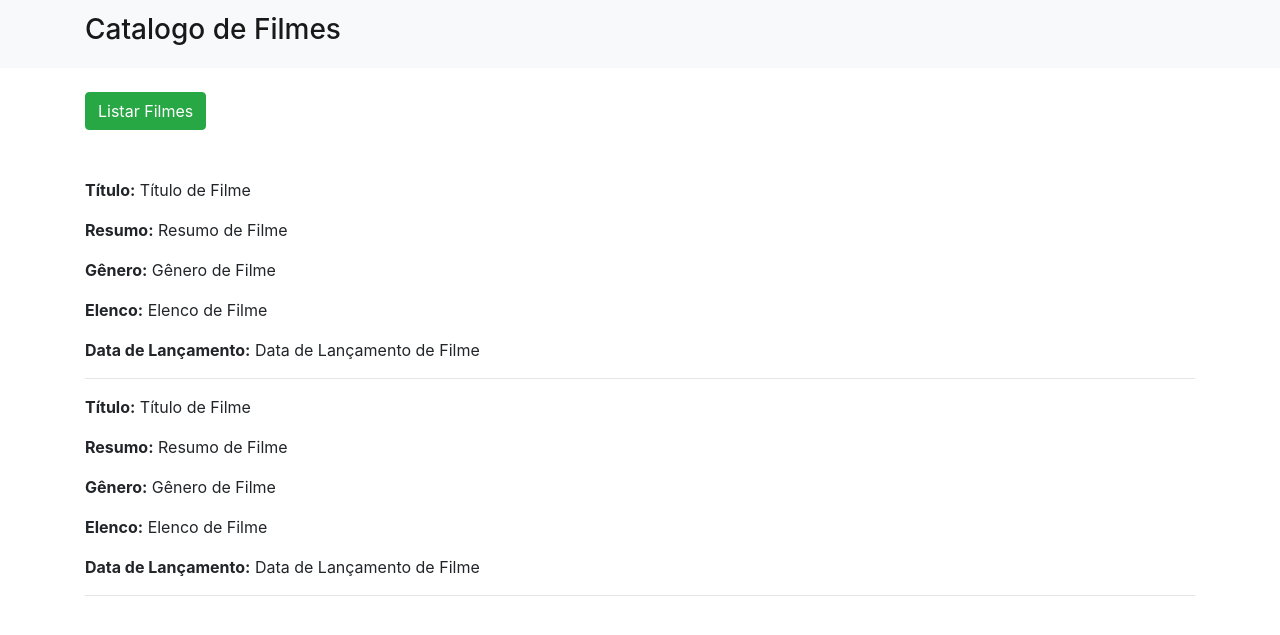
Repository: FredeRibeiro/htdocs-Desenvolvimento-Web-Completo-2019
Page: ajax/filmes.html
An editor plug-in stored every save of this project. The page is shown before and after the next save, followed by the edit.
The browser window is 1280 px wide. The pictures show the whole page.
After loading, the first visible `button.btn` was clicked once.

Above is the page before, as saved 2019-10-16 13:22:03.

### ajax/filmes.html
<!DOCTYPE html>
<html lang="en">
<head>
	<meta charset="UTF-8">
	<meta name="viewport" content="width=device-width, initial-scale=1.0">
	<meta http-equiv="X-UA-Compatible" content="ie=edge">

	<link rel="stylesheet" href="https://stackpath.bootstrapcdn.com/bootstrap/4.1.3/css/bootstrap.min.css"
		integrity="sha384-MCw98/SFnGE8fJT3GXwEOngsV7Zt27NXFoaoApmYm81iuXoPkFOJwJ8ERdknLPMO" crossorigin="anonymous">

		<script src="xmltojson.js"></script>

		<script>
			function getFilmes() {

				let xmlHttp = new XMLHttpRequest();

				xmlHttp.open('GET', 'http://localhost/ajax/filmes.xml');

				xmlHttp.onreadystatechange = () => {
					if (xmlHttp.readyState == 4 && xmlHttp.status == 200) {
						let XMLFilmes = xmlHttp.responseText

						let parser = new DOMParser();

						domFilmes = parser.parseFromString(XMLFilmes, 'text/xml');

						jsonFilmes = xmlToJson(domFilmes)

						for(let i in jsonFilmes['filmes']['filme']){
							console.log(jsonFilmes['filmes']['filme'][i
						]);

							let divRow = document.createElement('div')
							divRow.className = 'row'

							let divCol = document.createElement('div')
								divCol.className = 'col'

							let p1 = document.createElement('p')
								p1.innerHTML = '<strong> Título:</strong> Título de Filme';
							let p2 = document.createElement('p')
								p2.innerHTML = '<strong> Resumo:</strong> Resumo de Filme';
							let p3 = document.createElement('p')
								p3.innerHTML = '<strong> Gênero:</strong> Gênero de Filme';
							let p4 = document.createElement('p')
								p4.innerHTML = '<strong> Elenco:</strong> Elenco de Filme';
							let p5 = document.createElement('p')
								p5.innerHTML = '<strong> Data de Lançamento:</strong> Data de Lançamento de Filme';

							let hr = document.createElement('hr');

								divRow.appendChild(divCol);
								divCol.appendChild(p1);
								divCol.appendChild(p2);
								divCol.appendChild(p3);
								divCol.appendChild(p4);
								divCol.appendChild(p5);
								divCol.appendChild(hr);


							document.getElementById('lista').appendChild(divRow)

						}
					}

					if (xmlHttp.readyState == 4 && xmlHttp.status == 404) {
						//..
					}
				}

				xmlHttp.send();

			}
		</script>


	<title>Catalogo de Filmes</title>


</head>
<body>
	<nav class="navbar navbar-light bg-light mb-4">
		<div class="container">
			<div class="navbar-brand mb-0 h1">
				<h3>Catalogo de Filmes</h3>
			</div>
		</div>
	</nav>

	<div class="container" id="lista">
		<div class="row mb-5">
			<div class="col">
				<button class="btn btn-success" type="button" onclick="getFilmes()">Listar Filmes</button>
			</div>
		</div>
	</div>
</body>
</html>

### ajax/xmltojson.js
function xmlToJson(xml) {


    var obj = {}, i, j, attribute, item, nodeName, old;

    if (xml.nodeType === 1) { // element
        // do attributes
        if (xml.attributes.length > 0) {
            obj["@attributes"] = {};
            for (j = 0; j < xml.attributes.length; j = j + 1) {
                attribute = xml.attributes.item(j);
                obj["@attributes"][attribute.nodeName] = attribute.nodeValue;
            }
        }
    } else if (xml.nodeType === 3) { // text
        obj = xml.nodeValue.trim();
    }

    // do children
    if (xml.hasChildNodes()) {
        for (i = 0; i < xml.childNodes.length; i = i + 1) {
            item = xml.childNodes.item(i);
            nodeName = item.nodeName;
            if ((obj[nodeName]) === undefined) {
                obj[nodeName] = xmlToJson(item);
            } else {
                if ((obj[nodeName].push) === undefined) {
                    old = obj[nodeName];
                    obj[nodeName] = [];
                    obj[nodeName].push(old);
                }
                obj[nodeName].push(xmlToJson(item));
            }
        }
    }
    return obj;
};

After the next save:
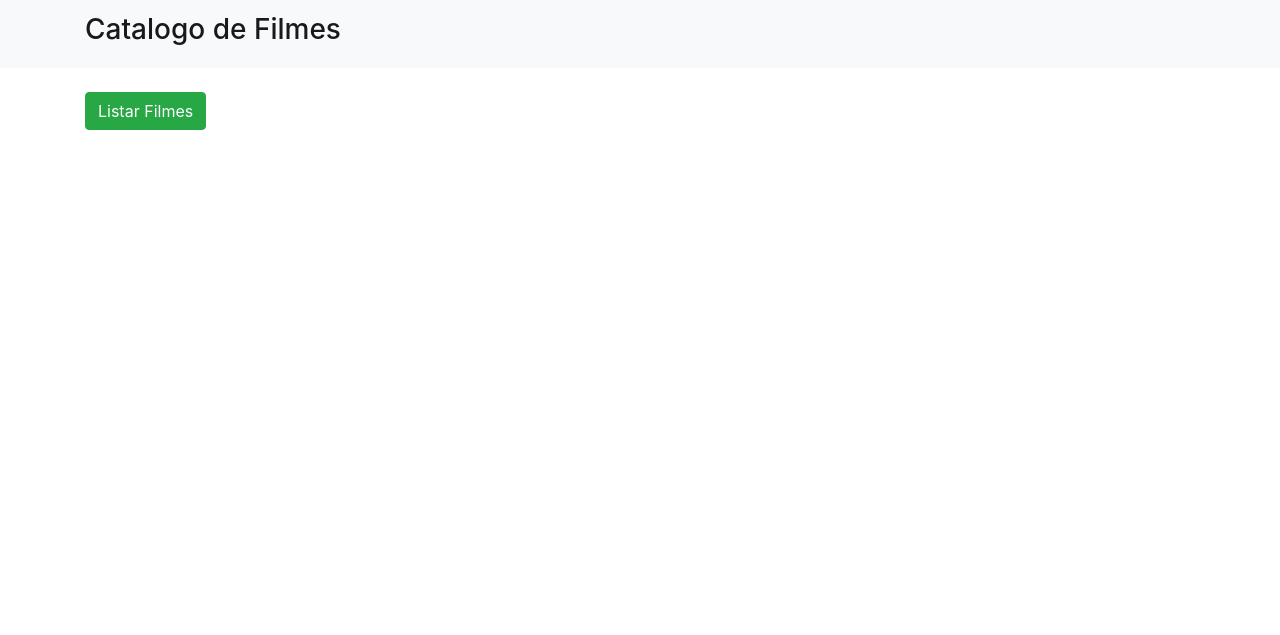
Console error: ReferenceError: titulo is not defined
Saved 11 min 37 s later.
--- a/ajax/filmes.html
+++ b/ajax/filmes.html
@@ -28,8 +28,8 @@
 						jsonFilmes = xmlToJson(domFilmes)
 
 						for(let i in jsonFilmes['filmes']['filme']){
-							console.log(jsonFilmes['filmes']['filme'][i
-						]);
+
+							let item = jsonFilmes['filmes']['filme'][i];
 
 							let divRow = document.createElement('div')
 							divRow.className = 'row'
@@ -38,7 +38,8 @@
 								divCol.className = 'col'
 
 							let p1 = document.createElement('p')
-								p1.innerHTML = '<strong> Título:</strong> Título de Filme';
+								p1.innerHTML = '<strong> Título:</strong>' + jsonFilmes['filmes']['filme'][i
+							][titulo]['#text'] ;
 							let p2 = document.createElement('p')
 								p2.innerHTML = '<strong> Resumo:</strong> Resumo de Filme';
 							let p3 = document.createElement('p')

After the 3 saves that followed:
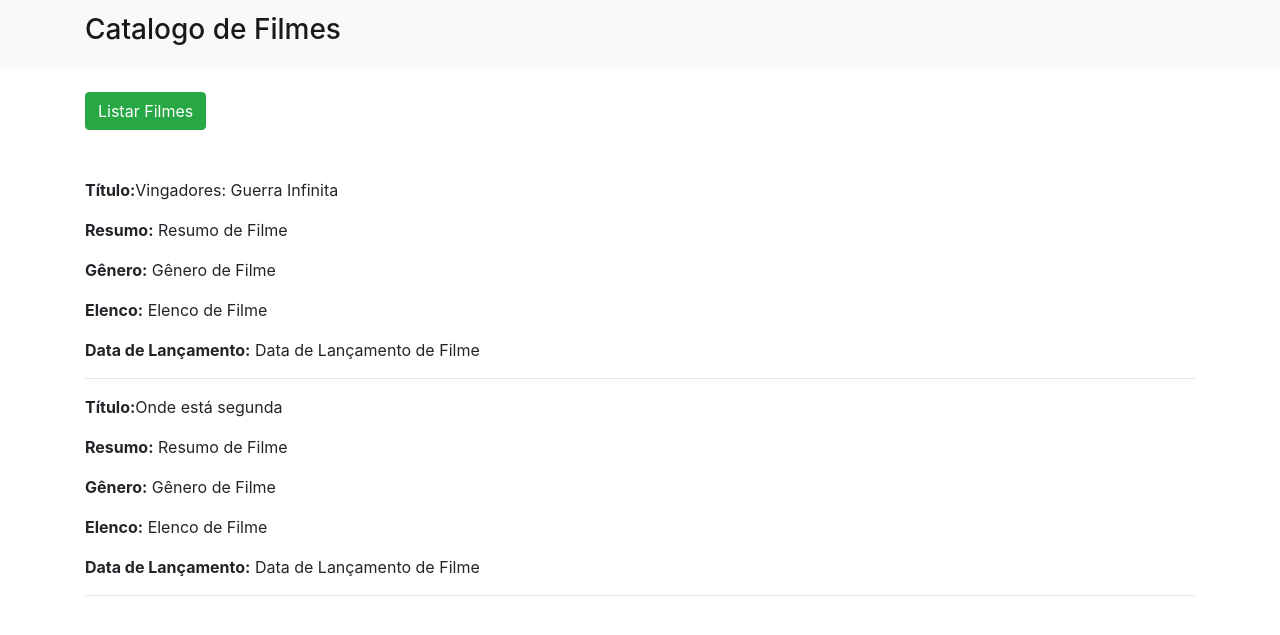
The error is gone.
The 3 saves are shown as one change because 2 left the picture as it was.
The last was saved 53 s later.
--- a/ajax/filmes.html
+++ b/ajax/filmes.html
@@ -38,8 +38,7 @@
 								divCol.className = 'col'
 
 							let p1 = document.createElement('p')
-								p1.innerHTML = '<strong> Título:</strong>' + jsonFilmes['filmes']['filme'][i
-							][titulo]['#text'] ;
+								p1.innerHTML = '<strong> Título:</strong>' + item['titulo']['#text'] ;
 							let p2 = document.createElement('p')
 								p2.innerHTML = '<strong> Resumo:</strong> Resumo de Filme';
 							let p3 = document.createElement('p')
